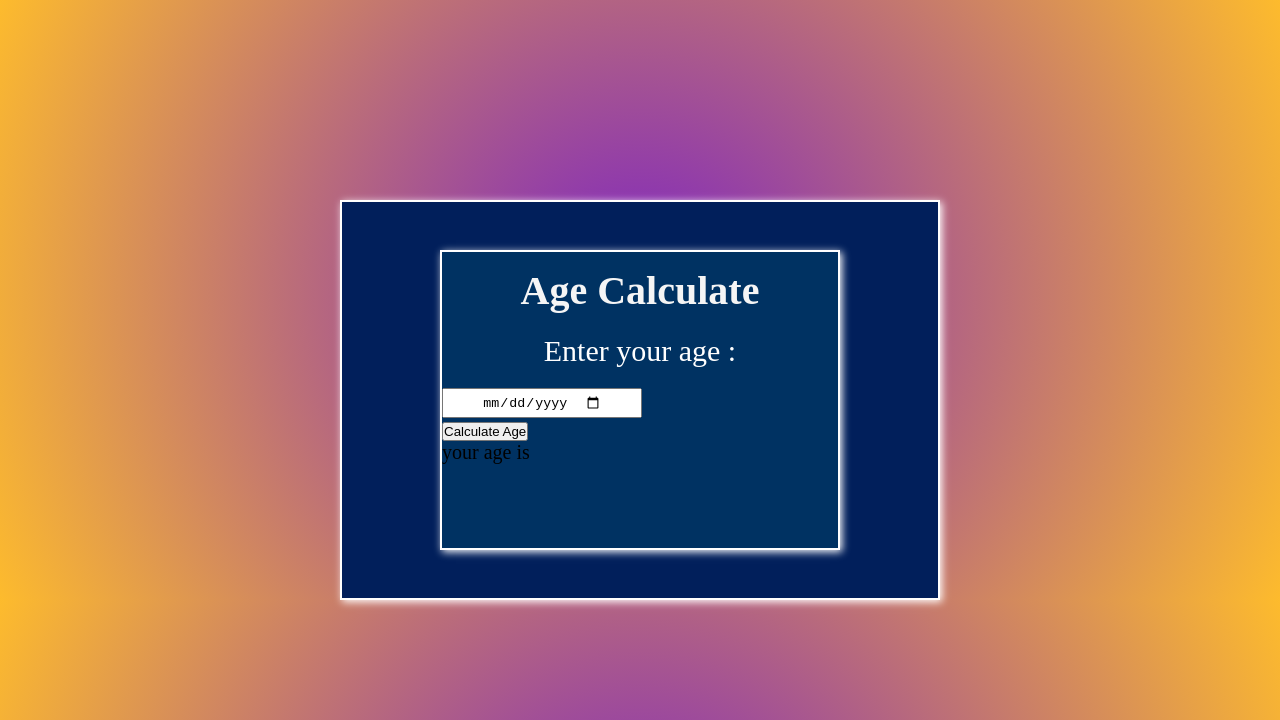
Repository: sristigupta04/basic-js-project
Page: age calculator/age.html
The author's editor kept a copy of each file at every save. The page is drawn from the files as they stood at one save, then again after the next save.
The browser window is 1280 px wide. The pictures show the whole page.

Above is the page before, as saved 2025-11-07 15:55:17.

### age calculator/age.html
<!DOCTYPE html>
<html lang="en">
<head>
    <meta charset="UTF-8">
    <meta name="viewport" content="width=device-width, initial-scale=1.0">
    <title>Document</title>
    <link rel="stylesheet" href="age.css"/>
</head>
<body>
    <div class="main">
    <div class="age">
    <h1>Age Calculate</h1>

    <label for="eventDate">Enter  your age :</label>
<input type="date" id="eventDate" name="eventDate">
<button>Calculate Age</button>
<p id="realage">your age is </p></div></div>
</body>
</html>

### age calculator/age.css
*{
    padding: 0;
    margin: 0;
    box-sizing: border-box;
}
body{
    display: flex;
    justify-content: center;
    align-items: center;
   background: #7b22c3;
background: radial-gradient(circle, rgba(123, 34, 195, 1) 0%, rgba(253, 187, 45, 1) 100%);
}

.main{
     display: flex;
    justify-content: center;
    align-items: center;
    border:2px solid white;
    height: 400px;
    width: 600px;
    box-shadow: 2px 2px 8px white;
    font-size: 20px;
     margin-top: 200px;
     background-color:#011F5B;

}

.age{
    background-color:#003262;
     box-shadow: 2px 2px 8px white;
    border:2px solid white;
    height:300px;
    width:400px;
}

.age h1{
     display: flex;
    justify-content: center;
    align-items: center;
    margin-top: 15px;
    color:whitesmoke;
    font-size: 200;

}

.age  label{
    color:white;
 display: flex;
 justify-content: center;
 font-size: 30px;
 margin:20px;

}
.age input{
     display: flex;
     justify-content: center;
     height: 30px;
     width: 200px;;
}

After the next save:
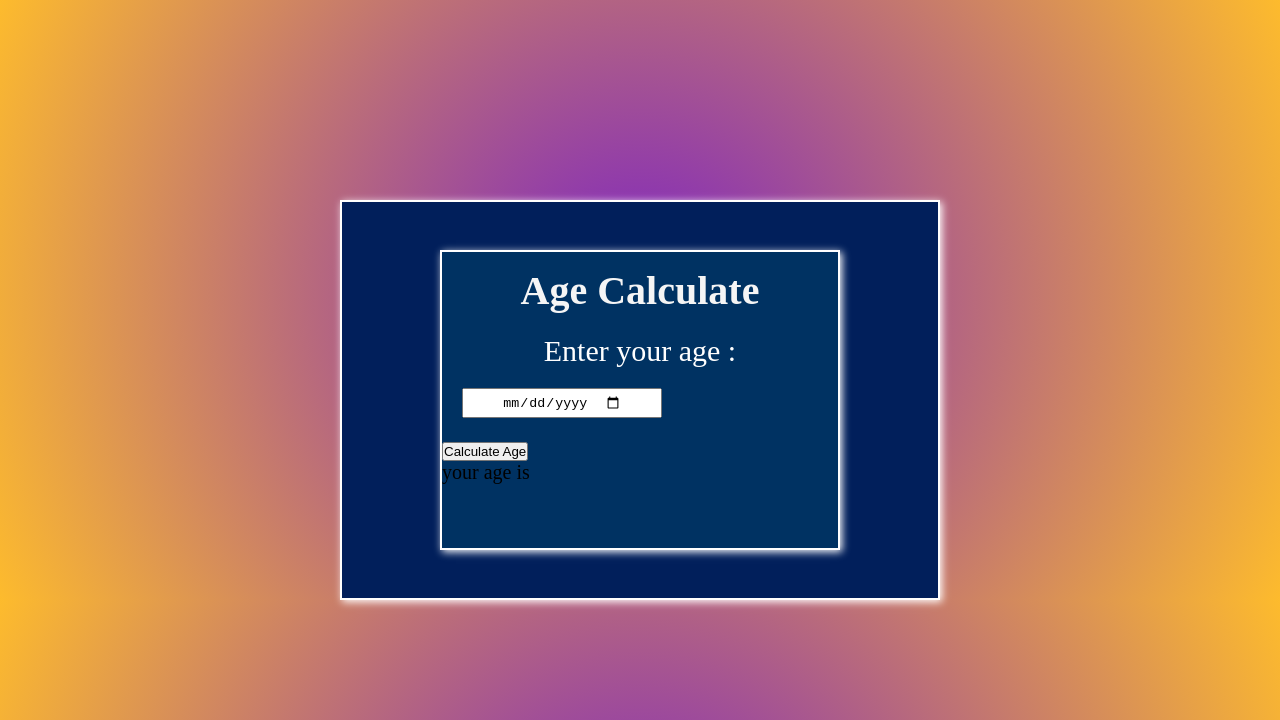
Saved 10 s later.
--- a/age calculator/age.css
+++ b/age calculator/age.css
@@ -55,5 +55,6 @@ background: radial-gradient(circle, rgba(123, 34, 195, 1) 0%, rgba(253, 187, 45,
      display: flex;
      justify-content: center;
      height: 30px;
-     width: 200px;;
+     width: 200px;
+      margin:20px;
 }
